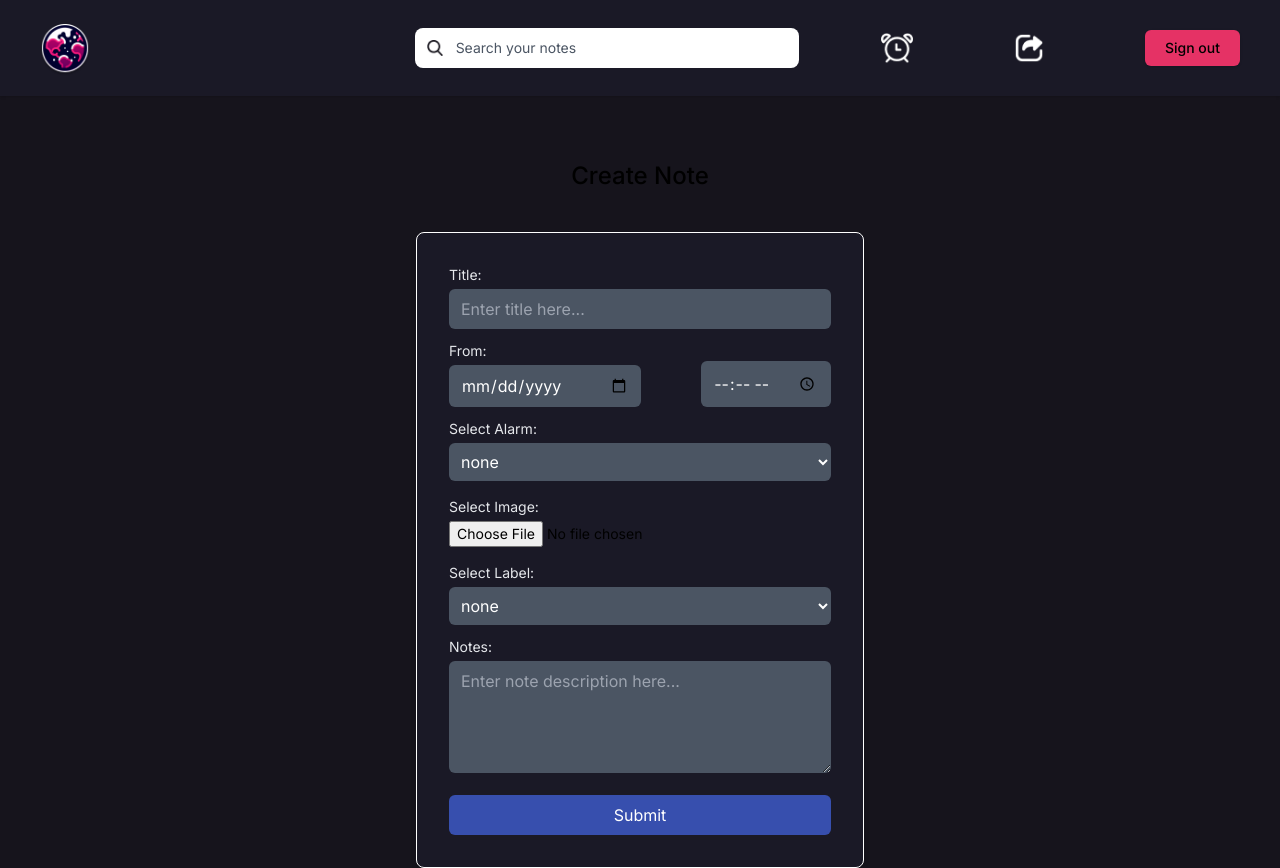
Repository: plan-it-earth/plan-it-earth
Page: /pages/calendar/createnote
These files come from the project's save history. The page is drawn as it stood at one moment and after the next save; the edit follows.
The browser window is 1280 px wide. The pictures show the whole page.
The project was rebuilt for these pictures with package versions that can differ from the ones it lists, and the page was loaded fresh each time. The framework's server and built-in components were replaced by stand-ins that run in the browser. Also part of the build but not shown: next.config.mjs.

Above is the page before, as saved 2024-04-18 19:12:17.

### app/layout.tsx
import type { Metadata } from "next";
import { Inter } from "next/font/google";
import "./globals.css";

import { AuthProvider } from "./lib/firebase/AuthProvider";

const inter = Inter({ subsets: ["latin"] });

export const metadata: Metadata = {
  title: "Plan-It-Earth",
  description: "Plan-It-Earth is a calendar application for professors and students",
};

export default function RootLayout({
  children,
}: Readonly<{
  children: React.ReactNode;
}>) {
  return (
    <html lang="en" className="bg-[#16141C]">
      <AuthProvider>
        <body className={inter.className}>{children}</body>
      </AuthProvider>
    </html>
  );
}

### app/pages/calendar/createnote/page.jsx
'use client';
import Header from '../../../Components/Header';
import {useState, useContext} from 'react';
import { useRouter} from 'next/navigation';
import { useCalendarApi } from '../../../lib/Context/CalendarProvider';
import { storeEvents } from '../../../lib/Hooks/dbActions';
import { getStorage, ref, uploadBytes, getDownloadURL } from "firebase/storage";
import UserContext from '../../../lib/firebase/UserContext';

const storage = getStorage();

export default function CreateNote() {
    const { userData } = useContext(UserContext);
    const [imageUrl, setImageUrl] = useState('');

    const [time, setTime] = useState('');
    const [isTimeValid, setIsTimeValid] = useState(true);

    const [isDateValid, setIsDateValid] = useState(true);

    const router = useRouter();
    const { calendarApi } = useCalendarApi();

    const [formData, setFormData] = useState({title: "",date: "", alarm: "", image: "", label: "", description: ""});
    const handleChange = (event) => {
        const { title, value } = event.target;
        setFormData(event.target.value);
    };

    const uploadImage = async (event) => {
        // Upload the image to Firebase storage
        const imageFile = event.target.files[0];
        const storageRef = ref(storage, userData.uid + '/' + (calendarApi.getEvents().length + 1) + '/' + imageFile.name);
        uploadBytes(storageRef, imageFile).then((snapshot) => {
            console.log('Uploaded a blob or file!');

            // Get the download URL of the uploaded image
            getDownloadURL(storageRef).then((url) => {
                setImageUrl(url.toString());
            });
        });
    }


    const handleTimeChange =(event) => {
        setTime(event.target.value);
    };


    const validateTime = () => {
        const [hours, minutes] = time.split(':').map(Number);
        if (hours < 13 && minutes < 60) {
        setIsTimeValid(true);
        } else {
        setIsTimeValid(false);
        }
    }

    const handleDateChange = (event) => {
        const { name, value } = event.target;
        setFormData(prev => ({ ...prev, [name]: value }));
        validateDate(value);
    };

    const validateDate = (inputDate) => {
        const input = new Date(inputDate);
        const currentDate = new Date();
        setIsDateValid(input >= currentDate);
    }

    const handleSubmit = (event) => {
        event.preventDefault();
        var title = document.getElementById("title");
        var date = document.getElementById("date");
        var alarm = document.getElementById("alarm");
        var image = document.getElementById("image");
        var label = document.getElementById("label");
        var description = document.getElementById("description");

        if(time.value) {
            let start = new Date(date.value + "T" + time.value);

            calendarApi.addEvent({
                id: calendarApi.getEvents().length + 1,
                title: title.value,
                start: start,
                groupId: label.value,
                extendedProps: {
                    alarm: alarm.value,
                    image: imageUrl,
                    description: description.value
                },
            });
        } else {
            // All day event
            let start = new Date(date.value);

            calendarApi.addEvent({
                id: calendarApi.getEvents().length + 1,
                title: title.value,
                start: start,
                groupId: label.value,
                allDay: 'true',
                extendedProps: {
                    alarm: alarm.value,
                    image: imageUrl,
                    description: description.value
                },
            });
        }

        console.log(
            `Title: ${title.value},
             Date: ${date.value},
             Alarm: ${alarm.value},
             Image: ${imageUrl},
             Label: ${label.value},
             Description: ${description.value}`
        );

        // Add event to database
        storeEvents(userData, calendarApi);

        router.push('/pages/calendar');
    }

    return (


        <div className="bg-[#16141C] min-h-screen ">
            <Header />
            <h2 className="flex items-center justify-center text-2xl font-medium mt-16">Create Note</h2>
            <div className="max-w-md mx-auto mt-10 p-8 bg-[#1A1926] rounded-lg shadow-md border border-white">
                <form onSubmit={handleSubmit} className="flex flex-col space-y-4">
                    <div>

                        <label className="block text-sm font-normal text-gray-200">Title:</label>
                        <input
                        id = "title"
                        type="text"
                        placeholder="Enter title here..."
                        required
                        value={formData.title}
                        onChange={handleChange}
                        className="text-white bg-gray-600 mt-1 px-3 py-2 w-full rounded-md focus:outline-none" />

                        <label className="block text-sm font-normal mt-3 text-gray-200">From:</label>
                        <div className="flex flex-row justify-between">
                            <input type="date" id="date" name="date" required value={formData.date} onChange={handleDateChange} className="text-white bg-gray-600 mt-1 px-3 py-2 rounded-md w-48 dark focus:outline-none" />
                            <input type="time" id="time" name="time" required value={time} onChange={handleTimeChange} className="text-white bg-gray-600 px-3 py-2 rounded-md" />
                            {/*<input type="text" id="time" name="time" value={time} onChange={handleTimeChange} onBlur={validateTime} placeholder="12:00" className="text-white bg-gray-600 mt-1 px-3 py-2 rounded-md w-20 text-center focus:outline-none"/>
                            <select id="am/pm" className="text-white bg-gray-600 mt-1 p-2 rounded-md focus:outline-none">
                                <option value="AM">AM</option>
                                <option value="PM">PM</option>
                            </select>*/}
                        </div>
                        {isTimeValid ? null : <p className="flex text-red-500 text-sm w-full m-1 justify-start">Invalid time</p>}
                        {isDateValid ? null : <p className="flex text-red-500 text-sm w-full m-1 justify-start">Invalid date</p>}
                        <div>
                        <label className="block text-sm font-normal mt-3 text-gray-200">Select Alarm:</label>
                            <select id="alarm" className="text-white bg-gray-600 mt-1 p-2 rounded-md w-full focus:outline-none">
                                <option value="-1">none</option>
                                <option value="5">5 minutes before event</option>
                                <option value="10">10 minutes before event</option>
                                <option value="15">15 minutes before event</option>
                                <option value="60">60 minutes before event</option>
                                <option value = "1440"> 1 day before event</option>
                                <option value = "2880"> 2 days before event</option>
                                <option value = "4320"> 3 days before event</option>
                                <option value = "5760"> 4 days before event</option>
                                <option value = "7200"> 5 days before event</option>
                            </select>
                        </div>
                    </div>
                    <div className="flex flex-col justify-center">
                        <label className="block text-sm font-normal text-gray-200">Select Image:</label>
                        <input onChange={uploadImage} type="file" id="image" name="image" accept="image/*" className="mt-1 text-sm" />
                    </div>
                    <div>
                        <label className="block text-sm font-normal text-gray-200">Select Label:</label>
                            <select id="label" className="text-white bg-gray-600 mt-1 p-2 w-full rounded-md focus:outline-none">
                                <option value="UserEvent">none</option>
                                <option value="Assignment">Assignment</option>
                                <option value="Lecture">Lecture</option>
                                <option value="Lab">Lab</option>
                                <option value="OfficeHours">Office Hours</option>
                                <option value="Quiz">Quiz</option>
                                <option value="Exam">Exam</option>
                            </select>

                        <label className="block text-sm font-normal text-gray-200 mt-3">Notes:</label>
                        <textarea
                            id="description"
                            type="text"
                            rows="4"
                            cols="30"
                            className="text-white bg-gray-600 px-3 py-2 mt-1 rounded-md w-full focus:outline-none"
                            placeholder ="Enter note description here...">
                        </textarea>
                    </div>
                    <div>
                        <button type="submit" className="bg-[#374fae] text-white w-full px-4 py-2 rounded-md hover:opacity-85 focus:outline-none">Submit</button>
                    </div>
                </form>
            </div>
        </div>

    )
}

### app/globals.css
@tailwind base;
@tailwind components;
@tailwind utilities;

:root {
  --foreground-rgb: 0, 0, 0;
  --background-start-rgb: 214, 219, 220;
  --background-end-rgb: 255, 255, 255;
}

@media (prefers-color-scheme: dark) {
  :root {
    --foreground-rgb: 255, 255, 255;
    --background-start-rgb: 0, 0, 0;
    --background-end-rgb: 0, 0, 0;
  }
}

body {
  color: rgb(var(--foreground-rgb));
  background: linear-gradient(
      to bottom,
      transparent,
      rgb(var(--background-end-rgb))
    )
    rgb(var(--background-start-rgb));
}

@layer utilities {
  .text-balance {
    text-wrap: balance;
  }
}

.buttonexportpage:hover {
  background-color: #E53265;
}

### app/lib/firebase/AuthProvider.tsx
'use client'

import React, { useState, useEffect } from 'react';
import { onAuthStateChanged, User as firebaseUser } from 'firebase/auth';
import { auth, db } from '../../../firebaseConfig';
import { doc, onSnapshot } from 'firebase/firestore';
import UserContext from './UserContext';
import { CalendarProvider } from '../Context/CalendarProvider';

export interface UserData {
    email: string;
    uid: string;
    events: "";
}

export interface AuthState {
    userData: UserData | null;
}

interface AuthProviderProps {
    children: React.ReactNode;
}

export const AuthProvider = ({ children }: AuthProviderProps) => {
    const [userData, setUserData] = useState<AuthState>({ userData: null});

    useEffect(() => {
        const unsubscribe = onAuthStateChanged(auth, async (user: firebaseUser | null) => {
            try {
                // If user is logged in, get user data from firestore
                if (user) {
                    const uid = user.uid;
                    const userRef = doc(db, 'users', uid);
                    const unsubscribeUser = onSnapshot(userRef, (doc) => {
                        const userData = doc.exists() ? {...doc.data(), uid} as UserData : null;
                        setUserData({ userData });
                    });
                    return () => unsubscribeUser();
                } else {
                    setUserData({ userData: null });
                    return () => {};
                }
            } catch (error) {
                console.log("Error getting user data: ", error);
            }
        });
        return () => unsubscribe();
    }, []);
    return (
        <UserContext.Provider value={userData}>
            <CalendarProvider>
                {children}
            </CalendarProvider>
        </UserContext.Provider>
    )
}

### app/Components/Header.tsx
'use client';
import React, { useState, useEffect } from 'react';
import ReactDOM from 'react-dom';
import Image from 'next/image';
import { useRouter } from 'next/navigation';

import Search from './Search';

import logo from '../Images/headerlogo.png';
import alarm from '../Images/headeralarm.png';
import share from '../Images/headershare.png';

import { getAuth, signOut } from "firebase/auth";

function logOut() {
    const auth = getAuth();
    signOut(auth).then(() => {
        console.log("User signed out");
    }).catch((error) => {
        console.log("Error signing out: ", error);
    });

    console.log("Sign out clicked");
    location.href = "/";
}

export default function Header() {
    const router = useRouter();

    const routeToAlarm = () => {
        router.push('/pages/alarm')
    }

    const routeToExportOrShare = () => {
        router.push('/pages/exportorshare')
    }

    const routeToCalendar = () => {
        router.push('/pages/calendar')
    }

    return (
        <div className="flex h-24 w-full px-2 py-5 bg-[#1A1926] shadow justify-between md:px-10">
            <Image onClick={routeToCalendar} src={logo} alt="Plan-It-Earth" height={50} width={50} className="h-30 w-30 mt-1 cursor-pointer hover:opacity-85 md:h-35 md:h-35"/>
            <div className="hidden w-24 lg:block"></div>
            <Search />
            <div className="flex flex-row h-full items-center space-x-5 md:gap-20">
                <Image onClick={routeToAlarm} src={alarm} alt="Alarm" height={35} width={35} className="h-8 w-8 cursor-pointer hover:opacity-85"/>
                <Image onClick={routeToExportOrShare} src={share} alt="Share" height={35} width={35} className="h-8 w-8 cursor-pointer hover:opacity-85"/>
                <button onClick={() => logOut()} className="px-3 py-2 rounded-md text-xs font-medium bg-[#E53265] outline-none border-none shadow hover:brightness-110 md:px-5 md:py-2 md:text-sm">Sign out</button>
            </div>
        </div>
    )
}

### app/lib/Context/CalendarProvider.tsx
import React, { createContext, useContext, useState, ReactNode, RefObject } from 'react';

interface CalendarProviderProps {
    children: ReactNode;
}

interface CalendarContextType {
    calendarApi: any;
    setCalendarApi: (api: any) => void;
}

const CalendarContext = createContext<CalendarContextType | null>(null);

export const CalendarProvider: React.FC<CalendarProviderProps> = ({ children }) => {
    const [calendarApi, setCalendarApi] = useState<any>(null);

    return (
        <CalendarContext.Provider value={{ calendarApi, setCalendarApi }}>
            {children}
        </CalendarContext.Provider>
    );
};

export const useCalendarApi = () => {
    const context = useContext(CalendarContext);
    if (context === null) {
        throw new Error('useCalendarRef must be used within a CalendarProvider');
    }
    return context;
};

### app/lib/firebase/UserContext.tsx
import { createContext } from "react";
import { AuthState } from './AuthProvider';

const UserContext = createContext<AuthState>({ userData: null });

export default UserContext;

### firebaseConfig.ts
// Import firebase modules
import 'firebase/firestore';
import 'firebase/auth';
import 'firebase/storage';
// Import the functions you need from the SDKs you need
import { initializeApp } from "firebase/app";
import { getFirestore } from 'firebase/firestore';
import { getAuth } from 'firebase/auth';
import { getStorage } from 'firebase/storage';
// TODO: Add SDKs for Firebase products that you want to use
// https://firebase.google.com/docs/web/setup#available-libraries

// Your web app's Firebase configuration
// For Firebase JS SDK v7.20.0 and later, measurementId is optional
const firebaseConfig = {
  apiKey: "AIzaSyBZBzlYp8KR-bJDEJVVbYroSMxS-GXYmR8",
  authDomain: "plan-it-earth-94b85.firebaseapp.com",
  projectId: "plan-it-earth-94b85",
  storageBucket: "plan-it-earth-94b85.appspot.com",
  messagingSenderId: "97255809349",
  appId: "1:97255809349:web:8b9f6ed7ba990714221e2c",
  measurementId: "G-WXFLGQPQ1S"
};

// Initialize Firebase
const app = initializeApp(firebaseConfig);
export const db = getFirestore(app);
export const auth = getAuth(app);
export const storage = getStorage(app);

### app/Components/Search.tsx
'use client';
import React, { useState } from 'react';
import Image from 'next/image';
import { useRouter} from 'next/navigation';

import search from '../Images/search.png';

export default function Search() {
    const [searchInput, setSearchInput] = useState('');
    const router = useRouter();

    const handleSubmit = (event:any) => {
        event.preventDefault();
        router.push(`/pages/search?search=${encodeURIComponent(searchInput)}`);
    };

    const handleInputChange = (event:any) => {
        setSearchInput(event.target.value);
    };

    return (
        <form onSubmit={handleSubmit} className="flex flex-row h-10 w-fit items-center gap-2 self-center bg-[#fff] rounded-lg md:w-96 sm:w-80 md:gap-4 md:ml-16">
            <button type="submit" className="border-none bg-none">
                <Image src={search} alt='Search' height={18} width={18} className="h-4 w-4 ml-2 cursor-pointer md:ml-3"/>
            </button>
            <input onChange={handleInputChange} type='text' placeholder="Search your notes" className="w-full text-black placeholder-gray-600 text-xs outline-none border-none md:text-sm"/>
        </form>
    )
}

Loaded but not shown: app/lib/Hooks/dbActions.js (library); tailwind.config.ts (common file)

After the next save:
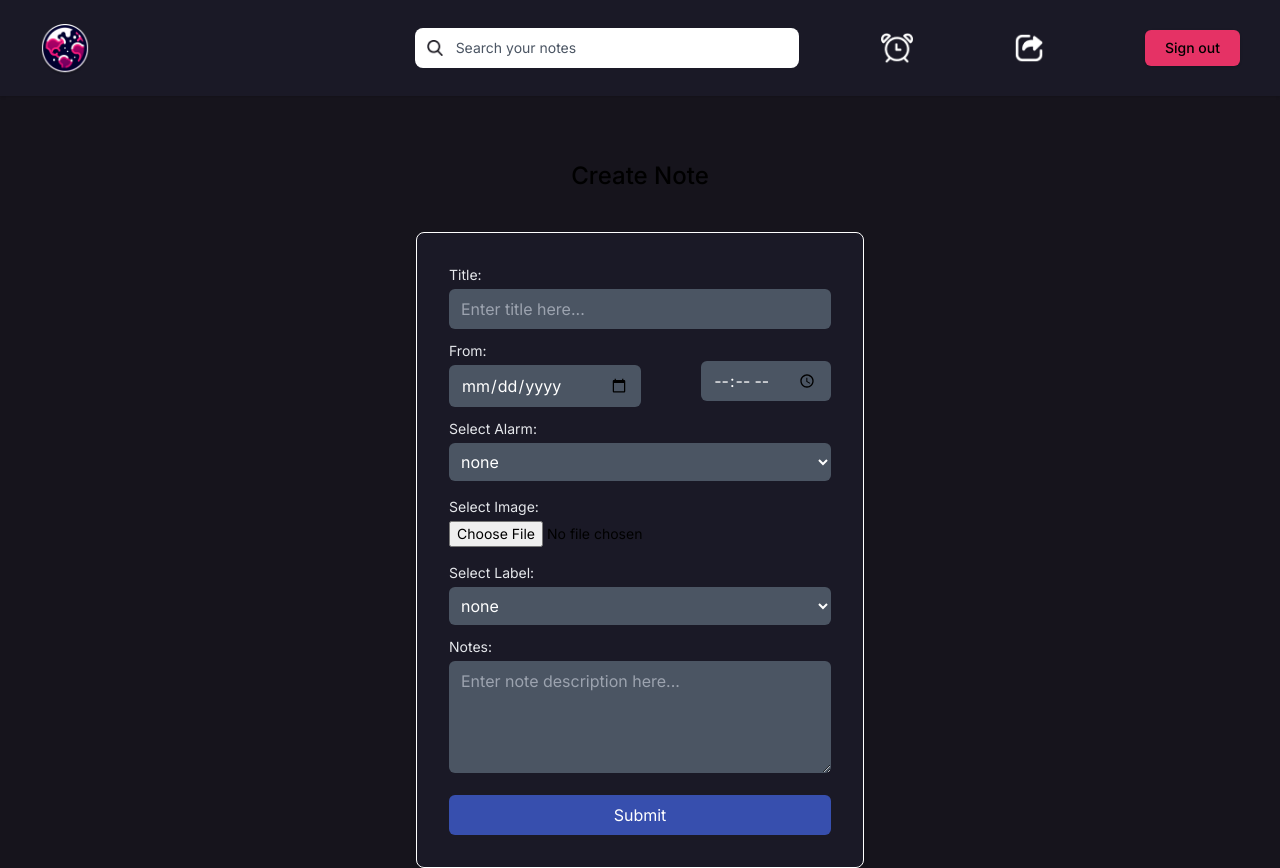
Saved 7 s later.
--- a/app/pages/calendar/createnote/page.jsx
+++ b/app/pages/calendar/createnote/page.jsx
@@ -147,7 +147,7 @@ export default function CreateNote() {
                         <label className="block text-sm font-normal mt-3 text-gray-200">From:</label>
                         <div className="flex flex-row justify-between">
                             <input type="date" id="date" name="date" required value={formData.date} onChange={handleDateChange} className="text-white bg-gray-600 mt-1 px-3 py-2 rounded-md w-48 dark focus:outline-none" />
-                            <input type="time" id="time" name="time" required value={time} onChange={handleTimeChange} className="text-white bg-gray-600 px-3 py-2 rounded-md" />
+                            <input type="time" id="time" name="time" required value={time} onChange={handleTimeChange} className="text-white bg-gray-600 px-3 py-2 rounded-md h-10" />
                             {/*<input type="text" id="time" name="time" value={time} onChange={handleTimeChange} onBlur={validateTime} placeholder="12:00" className="text-white bg-gray-600 mt-1 px-3 py-2 rounded-md w-20 text-center focus:outline-none"/>
                             <select id="am/pm" className="text-white bg-gray-600 mt-1 p-2 rounded-md focus:outline-none">
                                 <option value="AM">AM</option>
